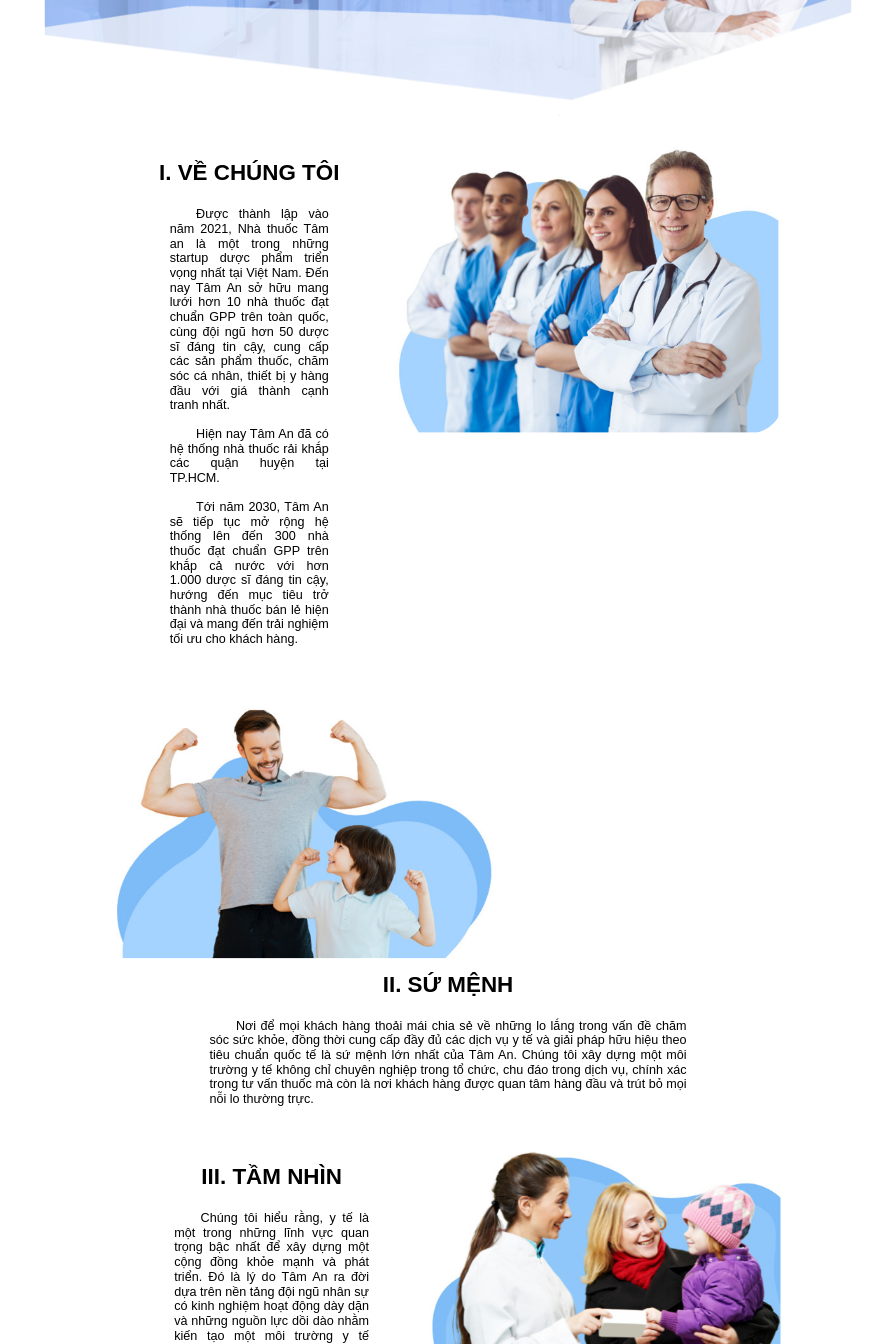
Repository: ViralAIWorks/TamAnPharmacy.github.io
Page: pages/thongtin.html
The author's editor kept a copy of each file at every save. The page is drawn from the files as they stood at one save, then again after the next save.
The browser window is 1280 px wide. The pictures show the part of the page from y = 384 to 2304 px (the page is 2750 px tall), at 70% of full size.
Some web fonts or font styles are not loaded; a fallback is used.

Above is the page before, as saved 2022-03-14 11:10:43.

After the next save:
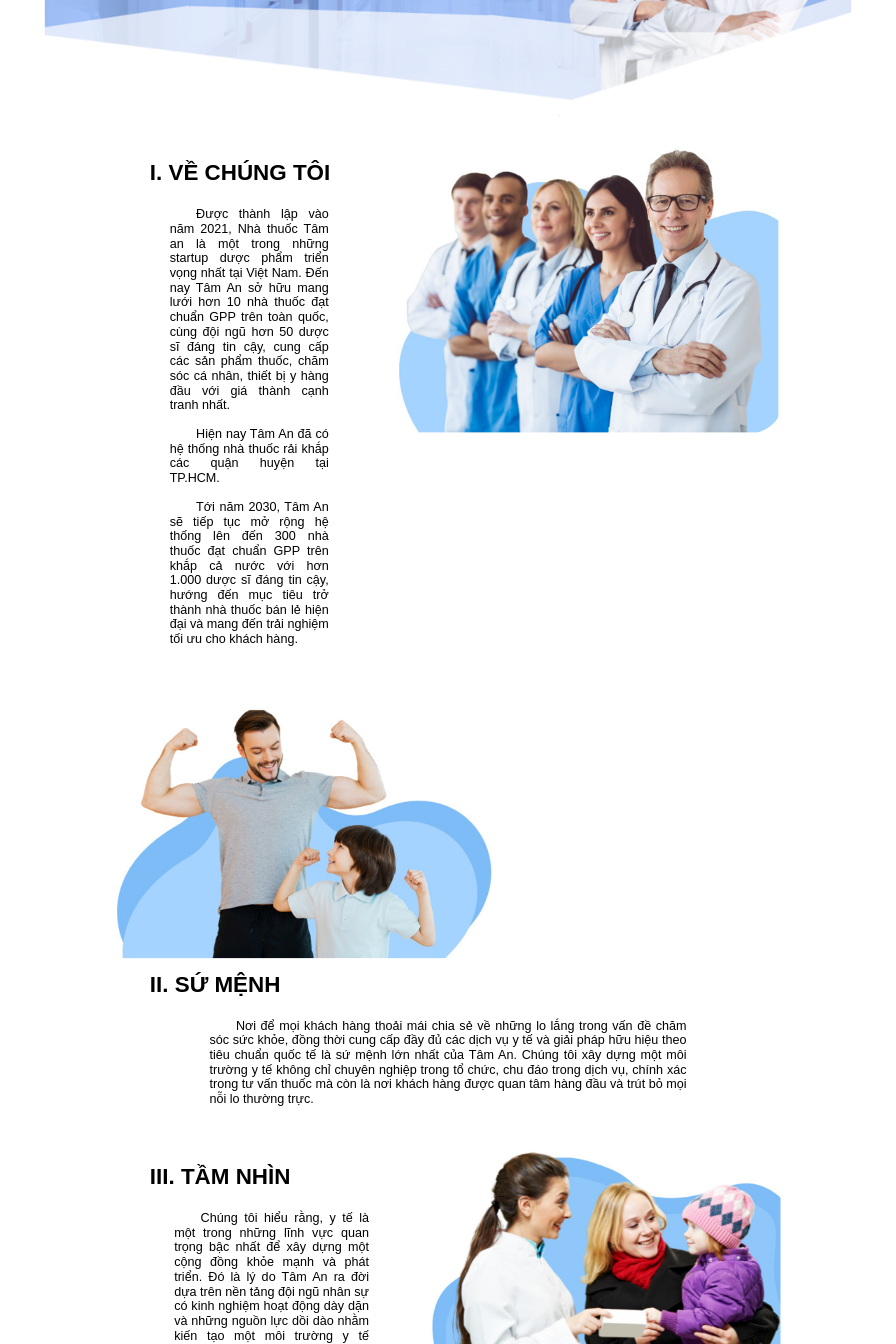
Saved 45 s later.
--- a/pages/style/style_cactrang.css
+++ b/pages/style/style_cactrang.css
@@ -161,10 +161,6 @@
     font-size: large;
 }
 
-main div h3 {
-    text-align: center;
-}
-
 main div p {
     text-indent: 1cm;
     text-align: justify;

After the save that followed:
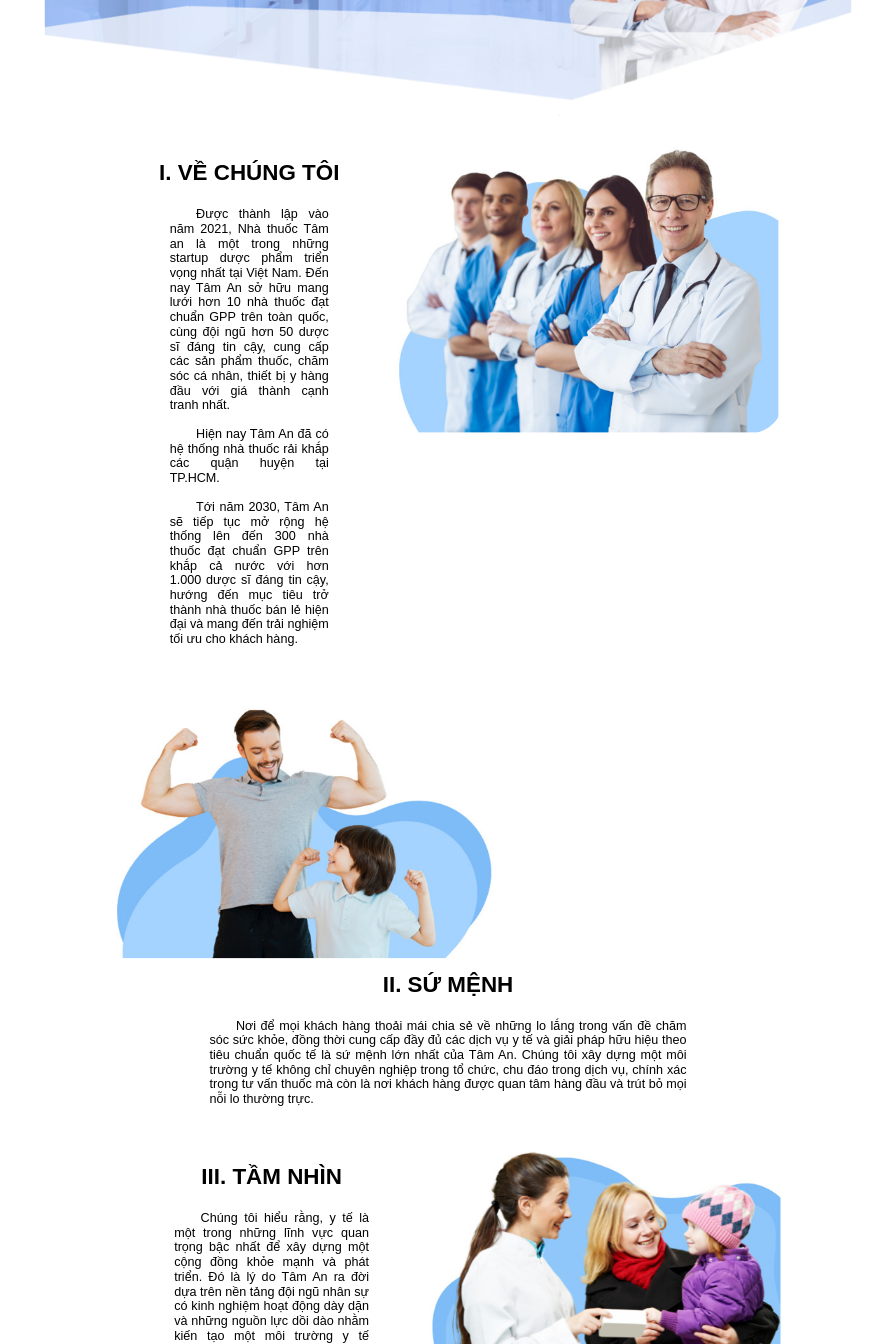
Saved 8 s later.
--- a/pages/style/style_cactrang.css
+++ b/pages/style/style_cactrang.css
@@ -161,6 +161,10 @@
     font-size: large;
 }
 
+main div h3 {
+    text-align: center;
+}
+
 main div p {
     text-indent: 1cm;
     text-align: justify;
